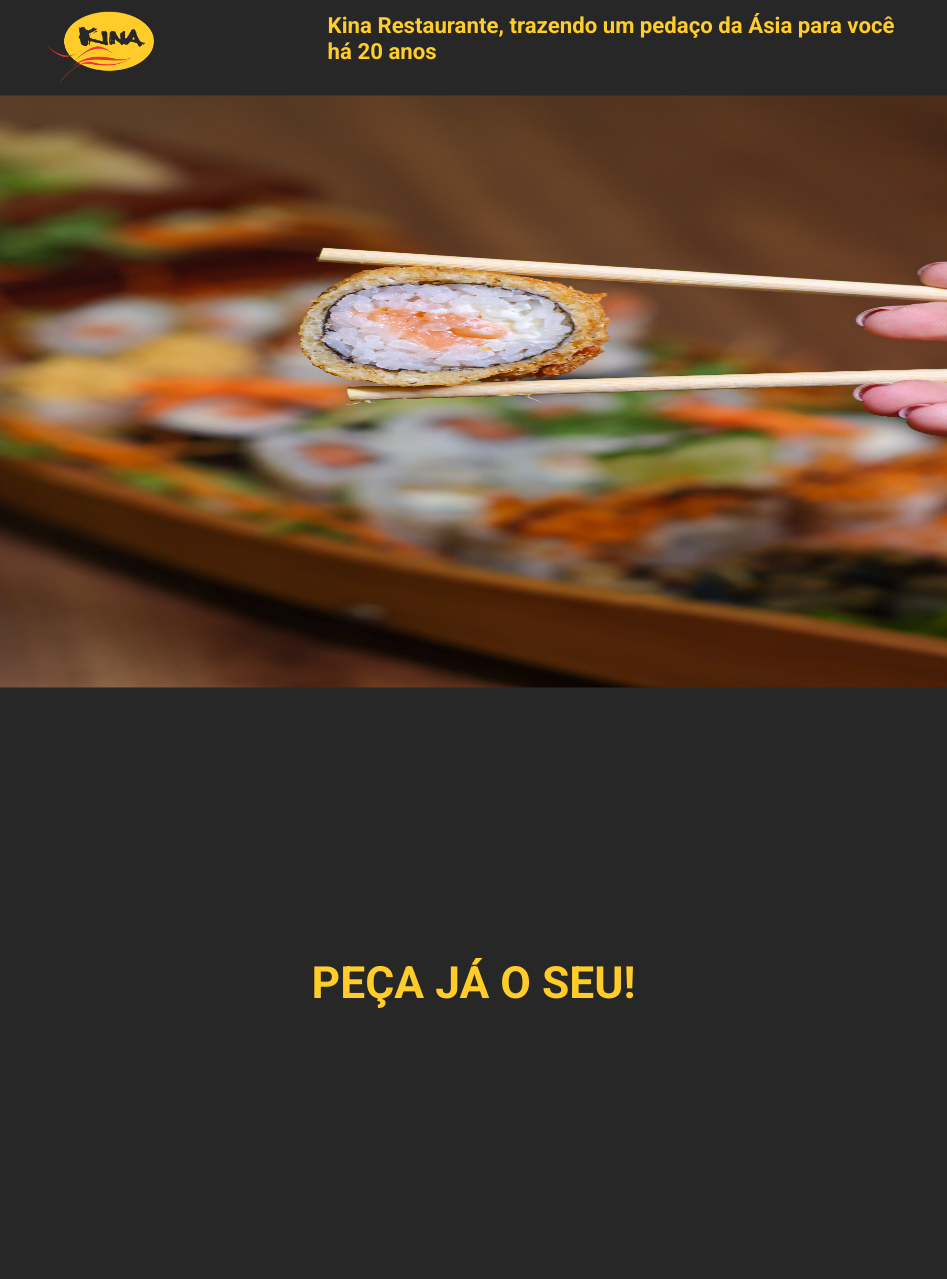
Repository: chidekina/kina-page
Page: index.html
These files come from the project's save history. The page is drawn as it stood at one moment and after the next save; the edit follows.
The browser window is 1280 px wide. The pictures show the whole page, at 74% of full size.

Above is the page before, as saved 2025-03-20 16:40:13.

### index.html
<!DOCTYPE html>
<html lang="en">
  <head>
    <meta charset="UTF-8" />
    <meta name="viewport" content="width=device-width, initial-scale=1.0" />
    <link rel="stylesheet" href="styles.css" />
    <title>Kina Restaurante</title>
    <script src="https://cdn.jsdelivr.net/npm/@tailwindcss/browser@4"></script>
    <link rel="preconnect" href="https://fonts.googleapis.com" />
    <link rel="preconnect" href="https://fonts.gstatic.com" crossorigin />
    <link
      href="https://fonts.googleapis.com/css2?family=Roboto:ital,wght@0,100..900;1,100..900&display=swap"
      rel="stylesheet"
    />
  </head>
  <body>
    <header class="flex px-12 py-4 gap-12 justify-between">
        <img src="./assets/Logo Kina.png" class="w-40" alt="Kina Logo" />
        <h1 class="flex font-bold text-3xl w-2/3">
          Kina Restaurante, trazendo um pedaço da Ásia para você há 20 anos
        </h1>
    </header>
    <img src="/assets/pictures/IMG_5172.JPG" class="w-full h-200">
    <div class="flex justify-center items-center h-200">
        <h1 class="font-bold text-6xl">PEÇA JÁ O SEU!</h1>
        <ul>
            <li>
                <a href="https://www.ifood.com.br/delivery/fortaleza-ce/kina-del-paseo-aldeota/053acccc-102c-4b47-b6df-b3ddc8d6c0f6" target="_blank">

                </a>
            </li>
        </ul>
    </div>
  </body>
</html>

### styles.css
:root{
    --main-font: "Roboto", sans-serif;
    --primary-color: #FFCC29;
}

body {
    font-family: var(--main-font);
    background-color: #272728;
    color: var(--primary-color);
}

After the next save:
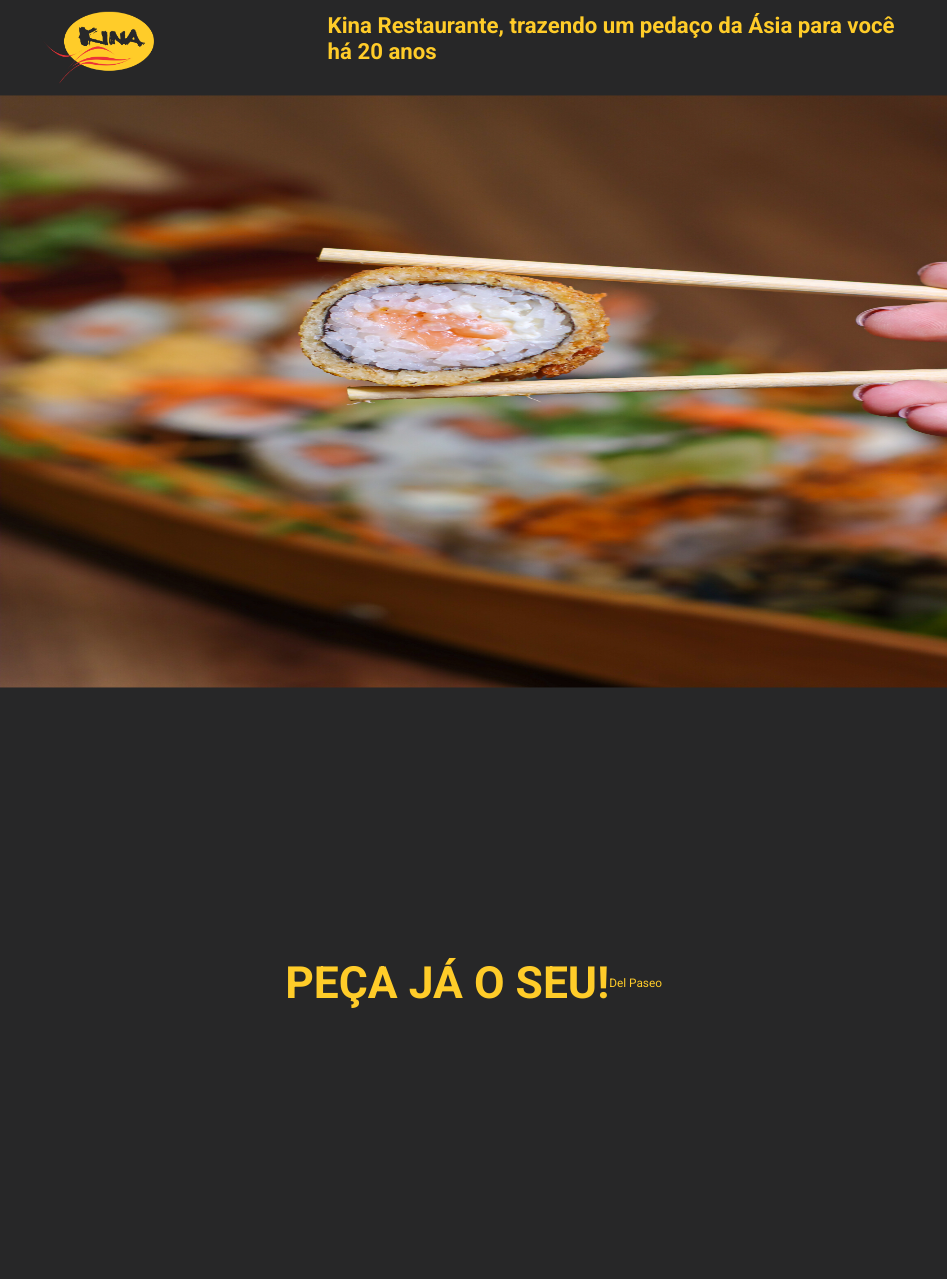
Saved 7 s later.
--- a/index.html
+++ b/index.html
@@ -26,7 +26,7 @@
         <ul>
             <li>
                 <a href="https://www.ifood.com.br/delivery/fortaleza-ce/kina-del-paseo-aldeota/053acccc-102c-4b47-b6df-b3ddc8d6c0f6" target="_blank">
-
+                    Del Paseo
                 </a>
             </li>
         </ul>
